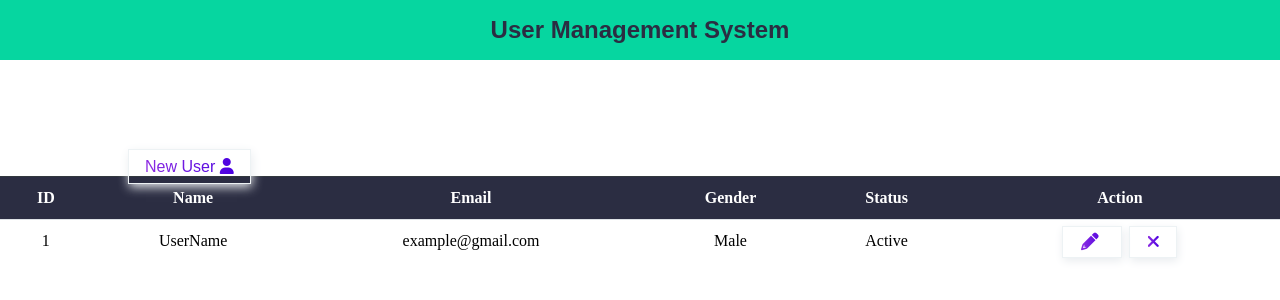
Repository: HustlingbeastAnish/CRUD-APP-
Page: views/index.html
The author's editor kept a copy of each file at every save. The page is drawn from the files as they stood at one save, then again after the next save.
The browser window is 1280 px wide. The pictures show the whole page.
Some web fonts or font styles are not loaded; a fallback is used.

Above is the page before, as saved 2022-10-06 22:17:25.

After the next save:
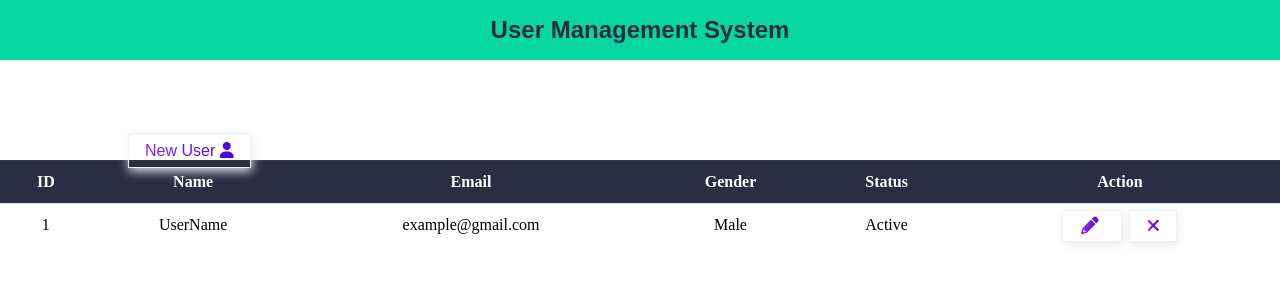
Saved 2 min 2 s later.
--- a/assets/css/style.css
+++ b/assets/css/style.css
@@ -72,7 +72,7 @@ a {
 }
 
 #site-main {
-  margin-top: 6em;
+  margin-top: 5em;
   font-family: "Barlow", sans-serif;
 }
 
